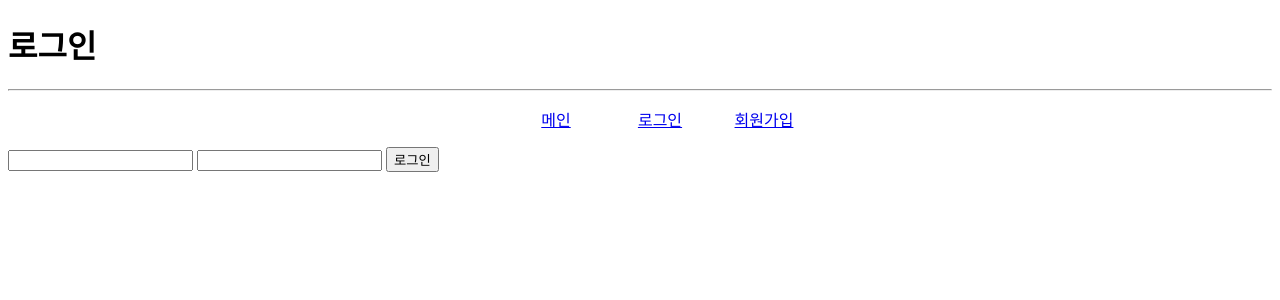
Repository: leesangbok/jsp-work
Page: http://localhost/cos/login.jsp
An editor plug-in stored every save of this project. The page is shown before and after the next save, followed by the edit.
The browser window is 1280 px wide. The pictures show the whole page.
The page is served by Tomcat 9.

Above is the page before, as saved 2020-08-22 06:06:27.

After the next save:
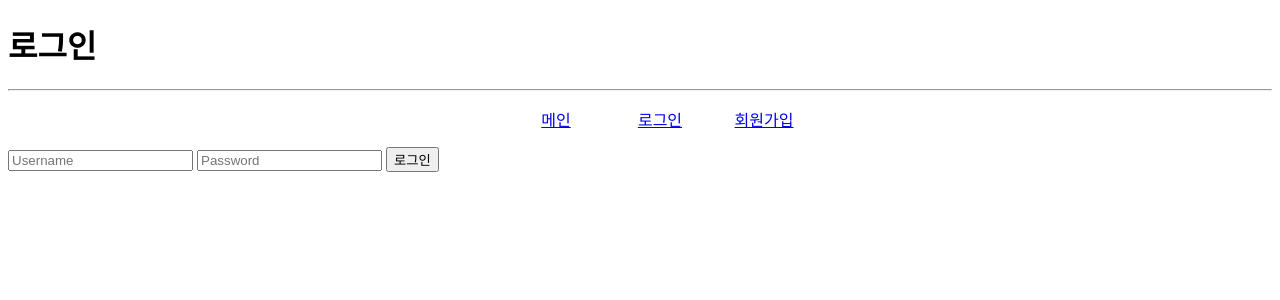
Saved 24 s later.
--- a/cos/WebContent/login.jsp
+++ b/cos/WebContent/login.jsp
@@ -21,8 +21,8 @@
 	</ul>
 
 	<form>
-		<input type="text" name="username" />
-		<input type="password" name="password" />
+		<input type="text" name="username" placeholder="Username"/>
+		<input type="password" name="password" placeholder="Password"/>
 		<button>로그인</button>
 	</form>
 </body>
